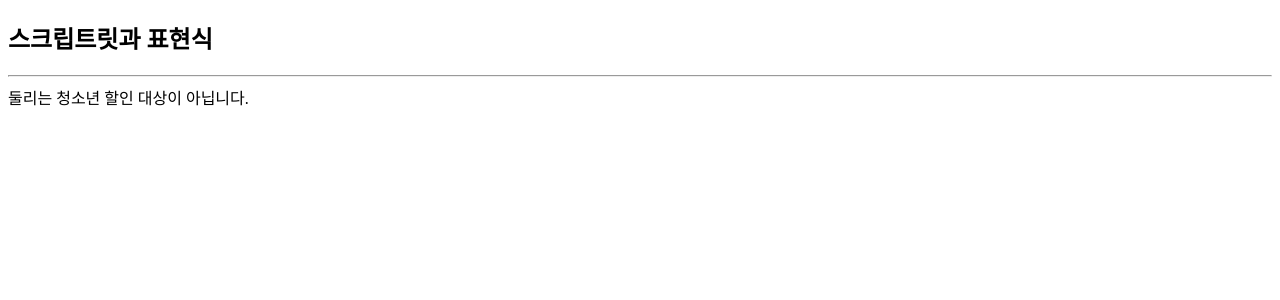
Repository: hyunh84/jsp_study
Page: http://localhost/Day02/j01_scriptlet.jsp
The author's editor kept a copy of each file at every save. The page is drawn from the files as they stood at one save, then again after the next save.
The browser window is 1280 px wide. The pictures show the whole page.
The page is served by Tomcat 9.

Above is the page before, as saved 2015-09-06 00:32:44.

After the next save:
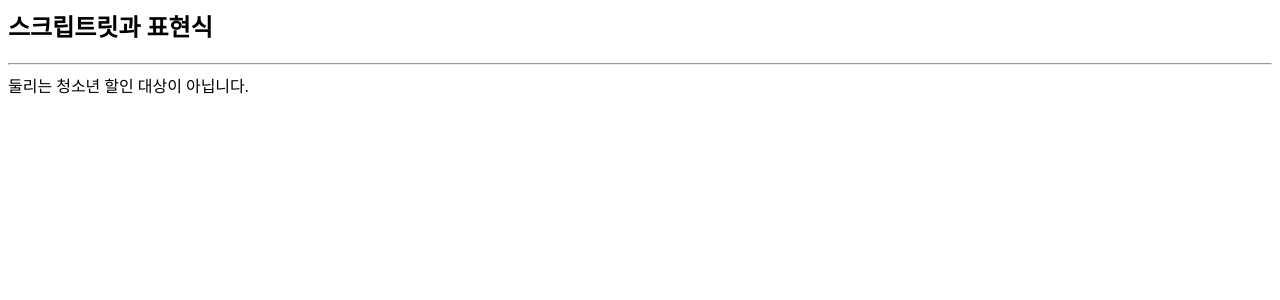
Saved 89 s later.
--- a/MyWorks/Day02/WebContent/j01_scriptlet.jsp
+++ b/MyWorks/Day02/WebContent/j01_scriptlet.jsp
@@ -1,6 +1,6 @@
 <%@ page language="java" contentType="text/html; charset=EUC-KR"
     pageEncoding="EUC-KR"%>
-<!DOCTYPE html>
+
 <html>
 <head>
 <meta http-equiv="Content-Type" content="text/html; charset=EUC-KR">

After the save that followed:
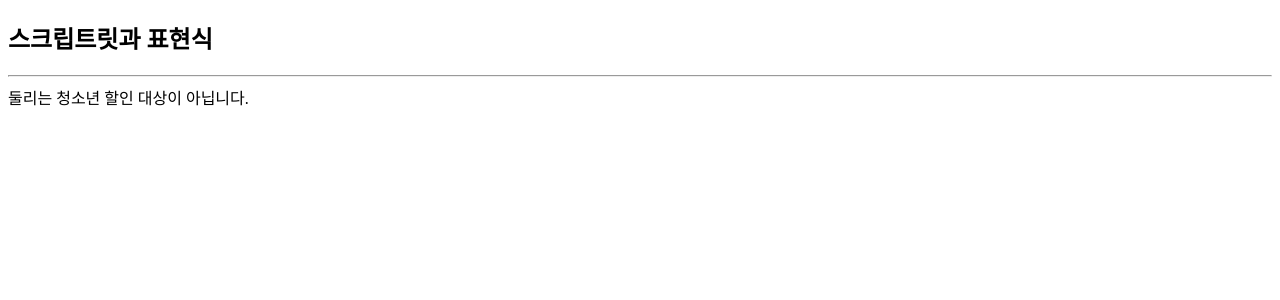
Saved 46 s later.
--- a/MyWorks/Day02/WebContent/j01_scriptlet.jsp
+++ b/MyWorks/Day02/WebContent/j01_scriptlet.jsp
@@ -1,6 +1,6 @@
 <%@ page language="java" contentType="text/html; charset=EUC-KR"
     pageEncoding="EUC-KR"%>
-
+<!DOCTYPE html>
 <html>
 <head>
 <meta http-equiv="Content-Type" content="text/html; charset=EUC-KR">
